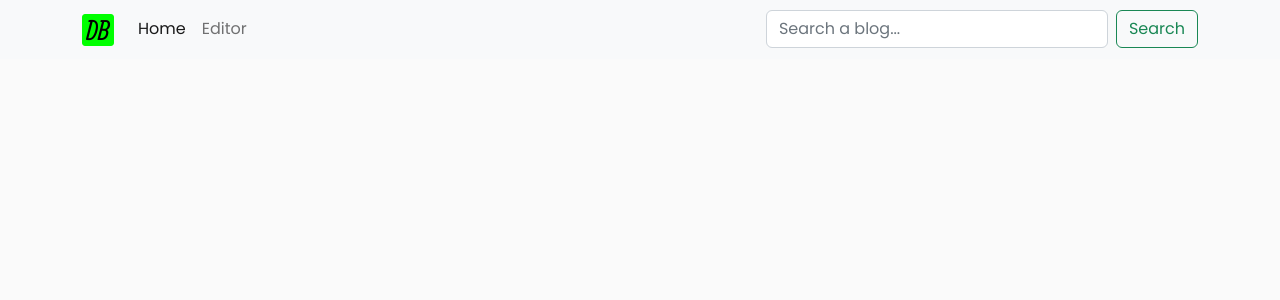
Repository: badhon252/Desi_Blogger
Page: public/home.html
An editor plug-in stored every save of this project. The page is shown before and after the next save, followed by the edit.
The browser window is 1280 px wide. The pictures show the whole page.

Above is the page before, as saved 2022-11-15 19:11:45.

After the next save:
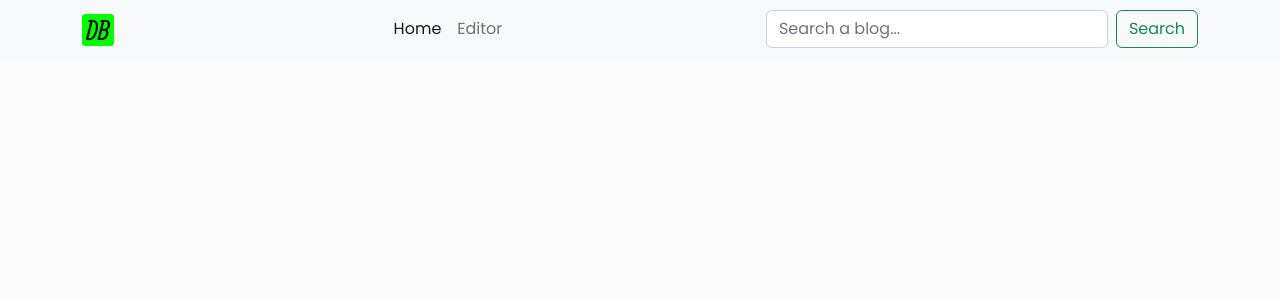
Saved 11 s later.
--- a/public/home.html
+++ b/public/home.html
@@ -32,7 +32,7 @@
                     <span class="navbar-toggler-icon"></span>
                 </button>
                 <div class="collapse navbar-collapse" id="navbarSupportedContent">
-                    <ul class="navbar-nav me-auto mb-2 mb-lg-0">
+                    <ul class="navbar-nav m-auto mb-2 mb-lg-0">
                         <li class="nav-item">
                             <a class="nav-link active" aria-current="page" href="#">Home</a>
                         </li>
